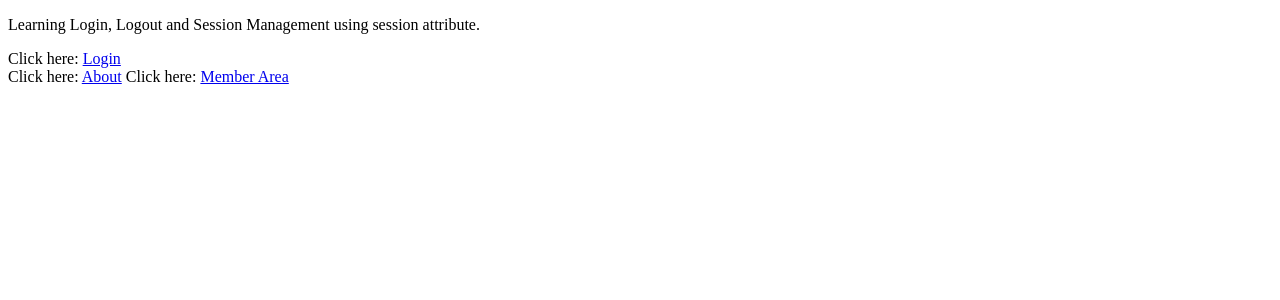
Repository: aman-1998/Full_Stack_Java_Development
Page: http://localhost/Fixing_forward_redirect_links_N21/
These files come from the project's save history. The page is drawn as it stood at one moment and after the next save; the edit follows.
The browser window is 1280 px wide. The pictures show the whole page.
The page is served by Tomcat 9.

Above is the page before, as saved 2021-11-07 11:42:53.

After the next save:
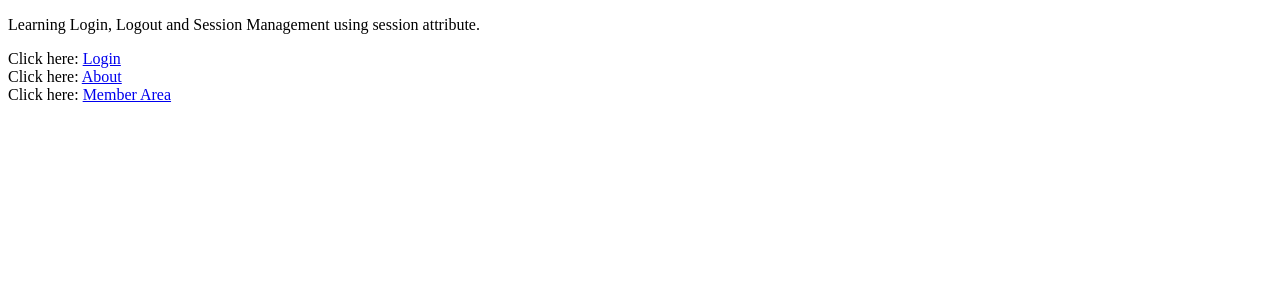
Saved 46 s later.
--- a/Fixing_forward_redirect_links_N21/WebContent/index.jsp
+++ b/Fixing_forward_redirect_links_N21/WebContent/index.jsp
@@ -9,7 +9,7 @@
 <body>
 <p>Learning Login, Logout and Session Management using session attribute.</p>
 Click here: <a href="<%= request.getContextPath() %>/IndexController?page=login">Login</a><br>
-Click here: <a href="<%= request.getContextPath() %>/IndexController?page=about">About</a>
+Click here: <a href="<%= request.getContextPath() %>/IndexController?page=about">About</a><br>
 Click here: <a href="<%= request.getContextPath() %>/IndexController?page=memberArea">Member Area</a>
 </body>
 </html>
